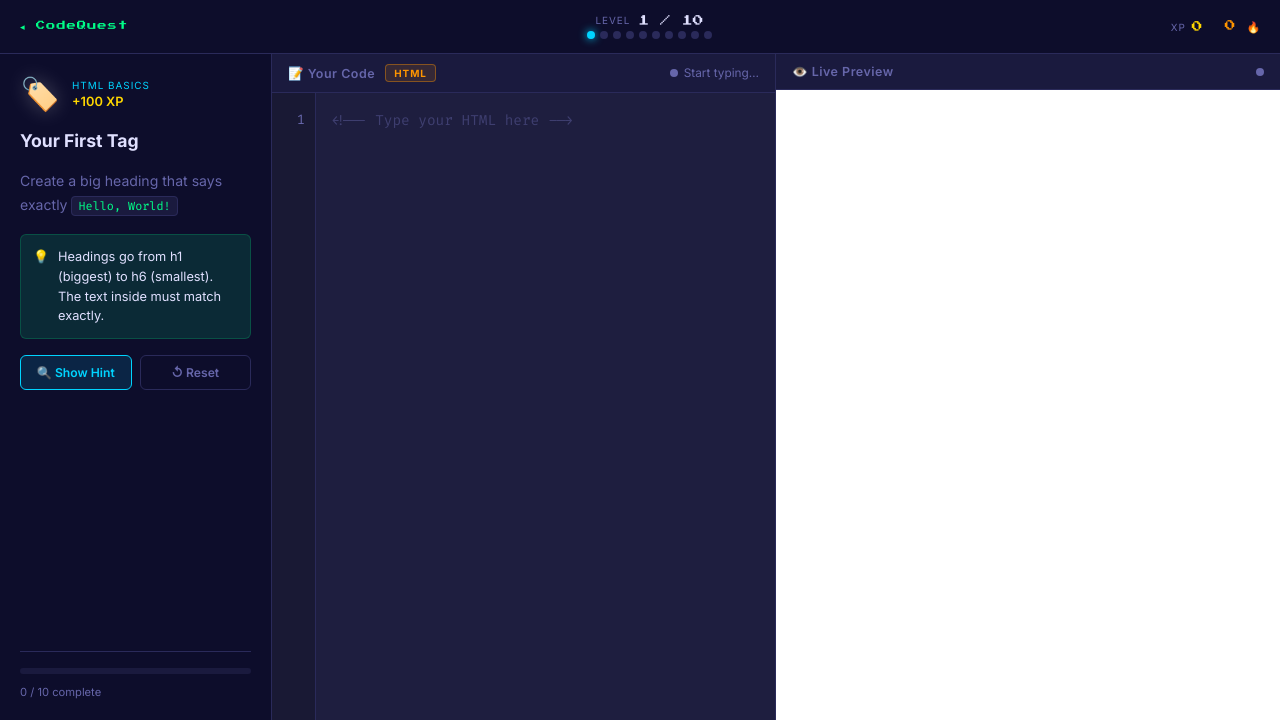
Repository: IBNKHALID06/CodeQuest
Page: game.html
These files come from the project's save history. The page is drawn as it stood at one moment and after the next save; the edit follows.
The browser window is 1280 px wide. The pictures show the whole page.

Above is the page before, as saved 2026-03-15 20:01:45.

### game.html
<!DOCTYPE html>
<html lang="en">
<head>
  <meta charset="UTF-8">
  <meta name="viewport" content="width=device-width, initial-scale=1.0">
  <title>CodeQuest — Play</title>
  <link rel="preconnect" href="https://fonts.googleapis.com">
  <link rel="preconnect" href="https://fonts.gstatic.com" crossorigin>
  <link href="https://fonts.googleapis.com/css2?family=Press+Start+2P&family=Fira+Code:wght@400;500;600&family=Inter:wght@400;500;600;700&display=swap" rel="stylesheet">
  <link rel="stylesheet" href="css/style.css">
</head>
<body class="game-page">

  <!-- ══ HUD ══ -->
  <header class="hud">
    <a class="hud-logo" href="index.html">◂ CodeQuest</a>

    <div class="hud-center">
      <div class="hud-level-info">
        <span class="hud-label">Level</span>
        <span class="hud-value" id="hud-level">1 / 10</span>
      </div>
      <div class="level-dots" id="level-dots"></div>
    </div>

    <div class="hud-right">
      <div class="hud-stat">
        <span class="hud-label">XP</span>
        <span class="hud-value gold" id="hud-xp">0</span>
      </div>
      <div class="hud-stat">
        <span class="hud-value accent" id="hud-streak">0 🔥</span>
      </div>
    </div>
  </header>

  <!-- ══ GAME AREA ══ -->
  <main class="game-area">

    <!-- Challenge panel -->
    <aside class="challenge-panel">
      <div class="challenge-header">
        <span class="challenge-badge" id="challenge-badge">🏷️</span>
        <div class="challenge-meta">
          <span class="challenge-chapter" id="challenge-chapter">HTML Basics</span>
          <span class="challenge-xp" id="challenge-xp">+100 XP</span>
        </div>
      </div>

      <h2 class="challenge-title" id="challenge-title">Loading…</h2>
      <p class="challenge-desc" id="challenge-desc"></p>

      <div class="challenge-tip">
        <span class="tip-icon">💡</span>
        <span id="challenge-tip"></span>
      </div>

      <div class="challenge-actions">
        <button class="btn-hint" id="btn-hint" onclick="showHint()">🔍 Show Hint</button>
        <button class="btn-reset" onclick="resetCode()">↺ Reset</button>
      </div>

      <div class="hint-box" id="hint-box" style="display:none">
        <code id="hint-text"></code>
      </div>

      <div class="challenge-progress">
        <div class="cp-bar">
          <div class="cp-fill" id="cp-fill" style="width:0%"></div>
        </div>
        <span class="cp-label" id="cp-label">0 / 10 complete</span>
      </div>
    </aside>

    <!-- Editor panel -->
    <section class="editor-panel">
      <div class="panel-header">
        <span class="panel-title">📝 Your Code</span>
        <span class="editor-lang-badge">HTML</span>
        <div class="editor-status">
          <span class="status-dot waiting" id="status-dot"></span>
          <span id="status-text">Start typing…</span>
        </div>
      </div>
      <div class="editor-wrapper">
        <div class="line-numbers" id="line-numbers">1</div>
        <textarea
          id="code-editor"
          class="code-editor"
          placeholder="&lt;!-- Type your HTML here --&gt;"
          spellcheck="false"
          autocomplete="off"
          autocorrect="off"
          autocapitalize="off"
        ></textarea>
      </div>
    </section>

    <!-- Preview panel -->
    <section class="preview-panel">
      <div class="panel-header">
        <span class="panel-title">👁️ Live Preview</span>
        <div class="preview-pulse" id="preview-pulse"></div>
      </div>
      <div class="preview-wrapper">
        <iframe
          id="preview-frame"
          title="Code Preview"
        ></iframe>
      </div>
    </section>

  </main>

  <!-- ══ LEVEL COMPLETE OVERLAY ══ -->
  <div class="win-overlay" id="win-overlay" style="display:none">
    <div class="win-card">
      <canvas id="confetti-canvas"></canvas>
      <div class="win-badge-anim" id="win-badge">🎉</div>
      <h2 class="win-title">LEVEL COMPLETE!</h2>
      <div class="win-stars" id="win-stars">⭐⭐⭐</div>
      <div class="win-xp-gain" id="win-xp-gain">+100 XP</div>
      <p class="win-message" id="win-message">Nice work!</p>
      <button class="btn-next" id="btn-next" onclick="nextLevel()">Next Level ▶</button>
    </div>
  </div>

  <!-- ══ ALL COMPLETE OVERLAY ══ -->
  <div class="win-overlay" id="complete-overlay" style="display:none">
    <div class="win-card">
      <div class="win-badge-anim">👑</div>
      <h2 class="win-title">YOU BEAT HTML!</h2>
      <div class="win-stars">⭐⭐⭐</div>
      <div class="win-xp-gain" id="final-xp">Total XP: 0</div>
      <p class="win-message">You're an HTML champion!<br>More languages coming soon…</p>
      <a class="btn-next" href="index.html">Back to Menu</a>
    </div>
  </div>

  <script src="js/levels.js"></script>
  <script src="js/game.js"></script>

</body>
</html>

### js/levels.js
'use strict';

/**
 * CodeQuest Levels — HTML Learning Course
 * Each level has:
 *   - lesson: Teaching content (HTML string)
 *   - description: Challenge description
 *   - smallHint: Gentle guidance (no answer)
 *   - fullHint: Complete code example (penalized)
 *   - validate(doc, code): Validation function
 */

const LEVELS = [
  {
    id: 1,
    xp: 100,
    badge: '🏷️',
    chapter: 'HTML Basics',
    title: 'Your First Tag',
    description: 'Create a big heading that says exactly <span class="code-inline">Hello, World!</span>',
    tip: 'Headings go from h1 (biggest) to h6 (smallest). The text inside must match exactly.',
    hint: '&lt;h1&gt;Hello, World!&lt;/h1&gt;',
    startCode: '',
    validate(doc, code) {
      return code.includes('<h1>') && code.includes('</h1>') &&
             doc.querySelector('h1') !== null &&
             doc.querySelector('h1').textContent.trim() === 'Hello, World!';
    }
  },

  {
    id: 2,
    xp: 100,
    badge: '📝',
    chapter: 'HTML Basics',
    title: 'Tell Your Story',
    description: 'Write a paragraph using the <span class="code-inline">&lt;p&gt;</span> tag. Any text inside works!',
    tip: 'The &lt;p&gt; tag wraps a paragraph. Everything between the opening and closing tags becomes your text.',
    hint: '&lt;p&gt;I love learning to code!&lt;/p&gt;',
    startCode: '',
    validate(doc, code) {
      return code.includes('<p>') && code.includes('</p>') &&
             doc.querySelector('p') !== null &&
             doc.querySelector('p').textContent.trim().length > 0;
    }
  },

  {
    id: 3,
    xp: 150,
    badge: '💪',
    chapter: 'HTML Basics',
    title: 'Make it Bold',
    description: 'Make the word <span class="code-inline">Important</span> appear bold on the page.',
    tip: '&lt;strong&gt; adds semantic importance AND bold styling. &lt;b&gt; also works — both are correct!',
    hint: '&lt;strong&gt;Important&lt;/strong&gt;',
    startCode: '',
    validate(doc, code) {
      const hasOpen = code.includes('<strong>') || code.includes('<b>');
      const hasClose = code.includes('</strong>') || code.includes('</b>');
      const el = doc.querySelector('strong, b');
      return hasOpen && hasClose && el !== null && el.textContent.trim() === 'Important';
    }
  },

  {
    id: 4,
    xp: 150,
    badge: '🔗',
    chapter: 'Links & Media',
    title: 'Go Places',
    description: 'Create a link that says <span class="code-inline">Click here</span> and points to <span class="code-inline">https://google.com</span>',
    tip: 'The <strong>href</strong> attribute tells the browser where to go. The text between &lt;a&gt; tags is the clickable label.',
    hint: '&lt;a href="https://google.com"&gt;Click here&lt;/a&gt;',
    startCode: '',
    validate(doc, code) {
      const el = doc.querySelector('a');
      const href = el ? el.getAttribute('href') : '';
      return (
        code.includes('<a') && code.includes('</a>') &&
        el !== null &&
        el.textContent.trim() === 'Click here' &&
        href.includes('google.com')
      );
    }
  },

  {
    id: 5,
    xp: 175,
    badge: '🖼️',
    chapter: 'Links & Media',
    title: 'Picture This',
    description: 'Add an image to the page. Use any URL as the <span class="code-inline">src</span> value.',
    tip: '&lt;img&gt; is a self-closing tag — it does not need a closing tag. Always add an alt attribute for accessibility.',
    hint: '&lt;img src="https://picsum.photos/200" alt="A random photo"&gt;',
    startCode: '',
    validate(doc, code) {
      const el = doc.querySelector('img');
      const src = el ? el.getAttribute('src') : null;
      return code.includes('<img') && code.includes('src=') &&
             el !== null && src !== null && src.trim().length > 0;
    }
  },

  {
    id: 6,
    xp: 175,
    badge: '📋',
    chapter: 'Lists & Structure',
    title: 'Make a List',
    description: 'Create an unordered list with <strong>at least 3 items</strong> inside it.',
    tip: '&lt;ul&gt; is the unordered list container. Each item goes inside a &lt;li&gt; tag. Try ol for numbered lists!',
    hint: '&lt;ul&gt;&lt;li&gt;Apples&lt;/li&gt;&lt;li&gt;Bananas&lt;/li&gt;&lt;li&gt;Cherries&lt;/li&gt;&lt;/ul&gt;',
    startCode: '',
    validate(doc, code) {
      const ul = doc.querySelector('ul');
      if (!ul || !code.includes('<ul>') || !code.includes('</ul>')) return false;
      const liCount = ul.querySelectorAll('li').length;
      return liCount >= 3 && code.match(/<li>/g) && code.match(/<\/li>/g);
    }
  },

  {
    id: 7,
    xp: 200,
    badge: '🎮',
    chapter: 'Interactivity',
    title: 'Push the Button',
    description: 'Create a button that says exactly <span class="code-inline">Click Me!</span>',
    tip: 'The &lt;button&gt; element creates a clickable button. It usually triggers JavaScript — but first you have to build it!',
    hint: '&lt;button&gt;Click Me!&lt;/button&gt;',
    startCode: '',
    validate(doc, code) {
      const el = doc.querySelector('button');
      return code.includes('<button>') && code.includes('</button>') &&
             el !== null && el.textContent.trim() === 'Click Me!';
    }
  },

  {
    id: 8,
    xp: 200,
    badge: '⌨️',
    chapter: 'Interactivity',
    title: 'Get Input',
    description: 'Create a text input whose placeholder says <span class="code-inline">Enter your name</span>',
    tip: 'The <strong>placeholder</strong> attribute shows faded hint text before the user starts typing.',
    hint: '&lt;input type="text" placeholder="Enter your name"&gt;',
    startCode: '',
    validate(doc, code) {
      const el = doc.querySelector('input');
      return code.includes('<input') && code.includes('placeholder="Enter your name"') &&
             el !== null && el.getAttribute('placeholder') === 'Enter your name';
    }
  },

  {
    id: 9,
    xp: 250,
    badge: '🏗️',
    chapter: 'Building Pages',
    title: 'Heading + Story',
    description: 'Create a page with a heading that says <span class="code-inline">My Page</span> AND a paragraph with any text below it.',
    tip: 'HTML flows top to bottom. Put the h1 first, then the p underneath — the order you write them is the order they appear.',
    hint: 'Write &lt;h1&gt;My Page&lt;/h1&gt; then &lt;p&gt;your text here&lt;/p&gt;',
    startCode: '',
    validate(doc, code) {
      const h1 = doc.querySelector('h1');
      const p  = doc.querySelector('p');
      return (
        code.includes('<h1>') && code.includes('</h1>') &&
        code.includes('<p>') && code.includes('</p>') &&
        h1 !== null && h1.textContent.trim() === 'My Page' &&
        p  !== null && p.textContent.trim().length > 0
      );
    }
  },

  {
    id: 10,
    xp: 300,
    badge: '👑',
    chapter: 'Boss Level',
    title: 'Profile Card',
    description:
      'Build a profile card containing:<br>' +
      '• An <span class="code-inline">h2</span> heading with your name<br>' +
      '• A <span class="code-inline">p</span> paragraph describing yourself<br>' +
      '• A <span class="code-inline">ul</span> list with at least 2 hobbies',
    tip: 'HTML is all about combining elements to build real pages. You already know all the pieces!',
    hint: 'Combine &lt;h2&gt;, &lt;p&gt;, and &lt;ul&gt;&lt;li&gt; tags together',
    startCode: '',
    validate(doc, code) {
      const h2  = doc.querySelector('h2');
      const p   = doc.querySelector('p');
      const ul  = doc.querySelector('ul');
      const lis = ul ? ul.querySelectorAll('li') : [];
      return (
        code.includes('<h2>') && code.includes('</h2>') &&
        code.includes('<p>') && code.includes('</p>') &&
        code.includes('<ul>') && code.includes('</ul>') &&
        h2 !== null && h2.textContent.trim().length > 0 &&
        p  !== null && p.textContent.trim().length  > 0 &&
        lis.length >= 2
      );
    }
  }
];

Loaded but not shown: js/game.js (410 lines, source omitted); css/style.css (685 lines, source omitted)

After the next save:
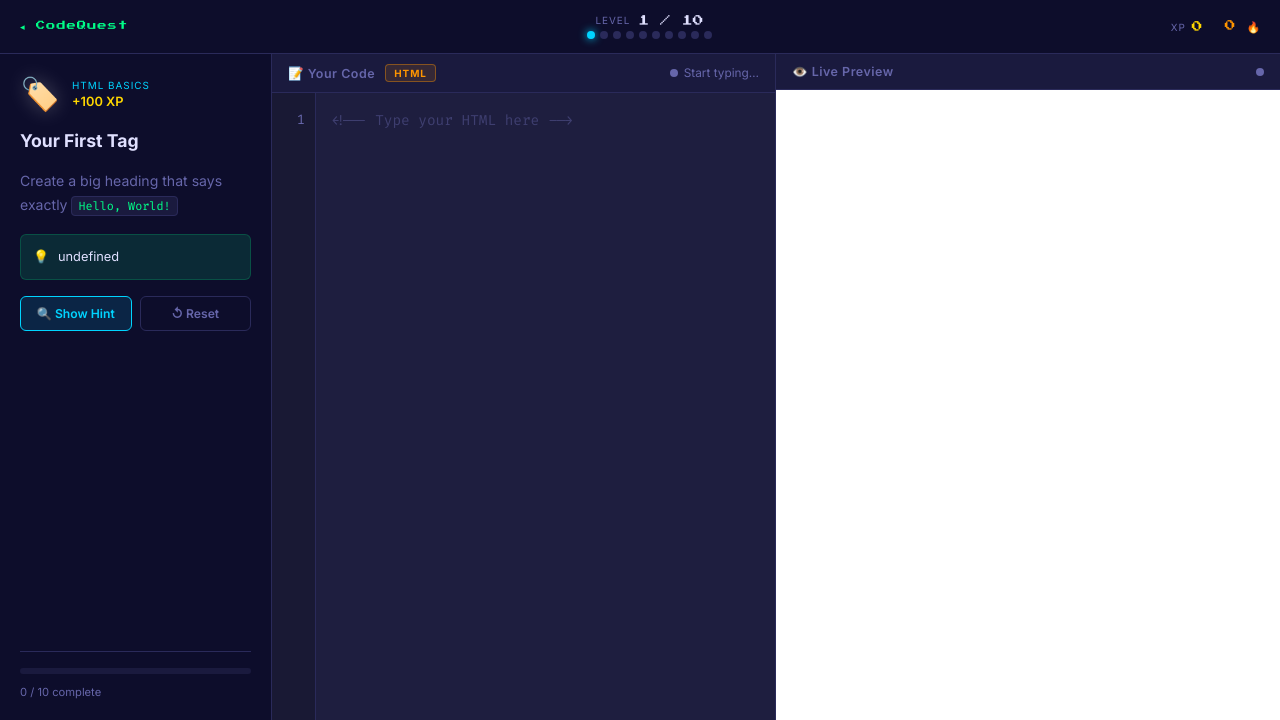
Saved 8 s later.
--- a/js/levels.js
+++ b/js/levels.js
@@ -17,9 +17,13 @@ const LEVELS = [
     badge: '🏷️',
     chapter: 'HTML Basics',
     title: 'Your First Tag',
+    lesson: `
+      <p><strong>Headings</strong> are titles for web pages. HTML has 6 levels: <span class="code-inline">&lt;h1&gt;</span> (biggest) to <span class="code-inline">&lt;h6&gt;</span> (smallest).</p>
+      <p>A heading needs: opening tag <span class="code-inline">&lt;h1&gt;</span>, then your text, then closing tag <span class="code-inline">&lt;/h1&gt;</span></p>
+    `,
     description: 'Create a big heading that says exactly <span class="code-inline">Hello, World!</span>',
-    tip: 'Headings go from h1 (biggest) to h6 (smallest). The text inside must match exactly.',
-    hint: '&lt;h1&gt;Hello, World!&lt;/h1&gt;',
+    smallHint: 'Use h1 tag. Don\'t forget: opening and closing tags!',
+    fullHint: '&lt;h1&gt;Hello, World!&lt;/h1&gt;',
     startCode: '',
     validate(doc, code) {
       return code.includes('<h1>') && code.includes('</h1>') &&
